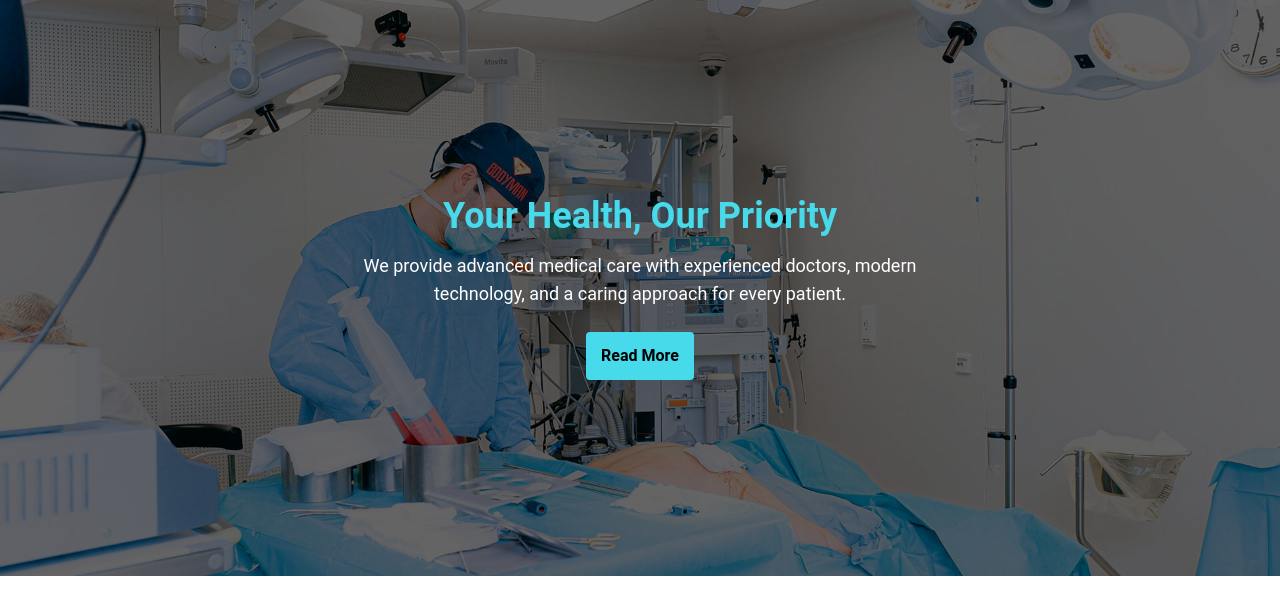
Repository: ahmedkhaleddev02-del/DoctorAppointment-MERN
Page: / (app in frontend/frontend/)
These files come from the project's save history. The page is drawn as it stood at one moment and after the next save; the edit follows.
The browser window is 1280 px wide. The pictures show the whole page.
The project was rebuilt for these pictures with package versions that can differ from the ones it lists, and the page was loaded fresh each time.

Above is the page before, as saved 2025-07-27 17:54:35.

### frontend/frontend/src/index.css
@tailwind base;
@tailwind components;
@tailwind utilities;
@import url('https://fonts.googleapis.com/css2?family=Liter&family=Outfit:wght@100..900&family=Roboto:ital,wght@0,100..900;1,100..900&family=Sansita:ital,wght@0,400;0,700;0,800;0,900;1,400;1,700;1,800;1,900&display=swap');

@import "slick-carousel/slick/slick.css";
@import "slick-carousel/slick/slick-theme.css";


*,body{
  font-family: roboto;
}


button{
  background: #46daea !important;
  padding: 15px;
  color:black;
  font-weight: bold;
  transition: ease-in-out 0.3s !important;


}

button:hover{
  background: #43b0ba !important;
}

### frontend/frontend/src/App.js
import Home from "./pages/Home";
function App() {
  return (
    <>

    <Home/>
    </>
  );
}

export default App;

### frontend/frontend/src/pages/Home.jsx
import React from 'react'

import HeroSlider from '../components/HeroSlider'
function Home() {
  return (
    <div>
        <HeroSlider/>

    </div>
  )
}

export default Home

### frontend/frontend/src/components/HeroSlider.jsx
import React from 'react'
import Slider from "react-slick";
import carousel_1 from "../img/hero-carousel/hero-carousel-1.jpg"

import carousel_2 from "../img/hero-carousel/hero-carousel-2.jpg"


import carousel_3 from "../img/hero-carousel/hero-carousel-3.jpg"

function HeroSlider() {

const settings = {
    dots: true,
    infinite: true,
    autoplay: true,
    autoplaySpeed: 5000,
    fade: true,
    arrows: false
  };


  const slides = [
  {
    image: carousel_1,
    title: "Your Health, Our Priority",
    text: "We provide advanced medical care with experienced doctors, modern technology, and a caring approach for every patient.",
  },
  {
    image: carousel_2,
    title: "Specialized Medical Services",
    text: "From cardiology to pediatrics, our expert teams are ready to help you and your family stay healthy and safe.",
  },
  {
    image: carousel_3,
    title: "Easy Online Appointments",
    text: "Book your appointment quickly and conveniently with top doctors at your preferred time.",
  }
];



  return (
    <section className='relative w-full h-[80vh] overflow-hidden' >
        <Slider {...settings}>
                {slides.map((slide,index)=>(
                    <div  key={index} className="relative w-full h-[80vh]">

                <img  src={slide.image}   className="w-full h-full object-cover"/>

            <div className="absolute inset-0 bg-black bg-opacity-60 flex flex-col justify-center items-center text-center text-white px-4">

                    <h2 className='text-4xl text-[#46daea] font-bold mb-4'>{slide.title}</h2>

             <p className="max-w-xl text-lg">{slide.text}</p>

             <button className="mt-6 inline-block  py-3 rounded ">
              Read More

             </button>

                </div>

                    </div>
                ))}


        </Slider>
    </section >
  )
}

export default HeroSlider

Loaded but not shown: frontend/frontend/public/index.html (common file); frontend/frontend/src/index.js (common file); frontend/frontend/tailwind.config.js (common file)

After the next save:
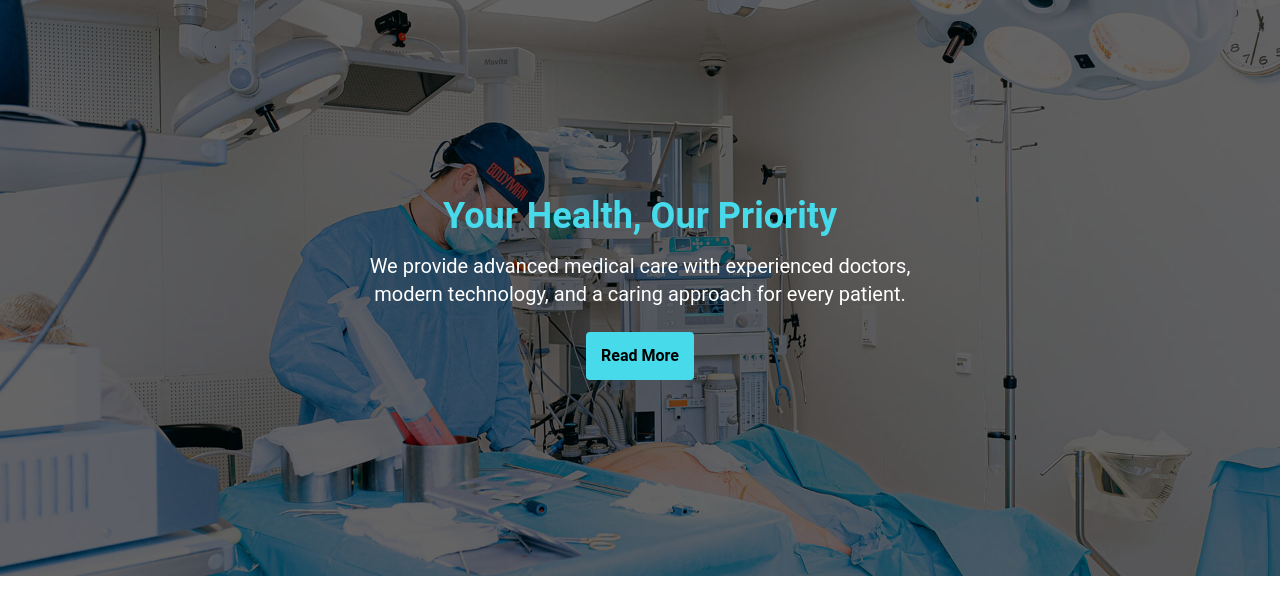
Saved 15 s later.
--- a/frontend/frontend/src/components/HeroSlider.jsx
+++ b/frontend/frontend/src/components/HeroSlider.jsx
@@ -51,7 +51,7 @@
 
                     <h2 className='text-4xl text-[#46daea] font-bold mb-4'>{slide.title}</h2>
 
-             <p className="max-w-xl text-lg">{slide.text}</p>
+             <p className="max-w-xl text-xl ">{slide.text}</p>
 
              <button className="mt-6 inline-block  py-3 rounded ">
               Read More
